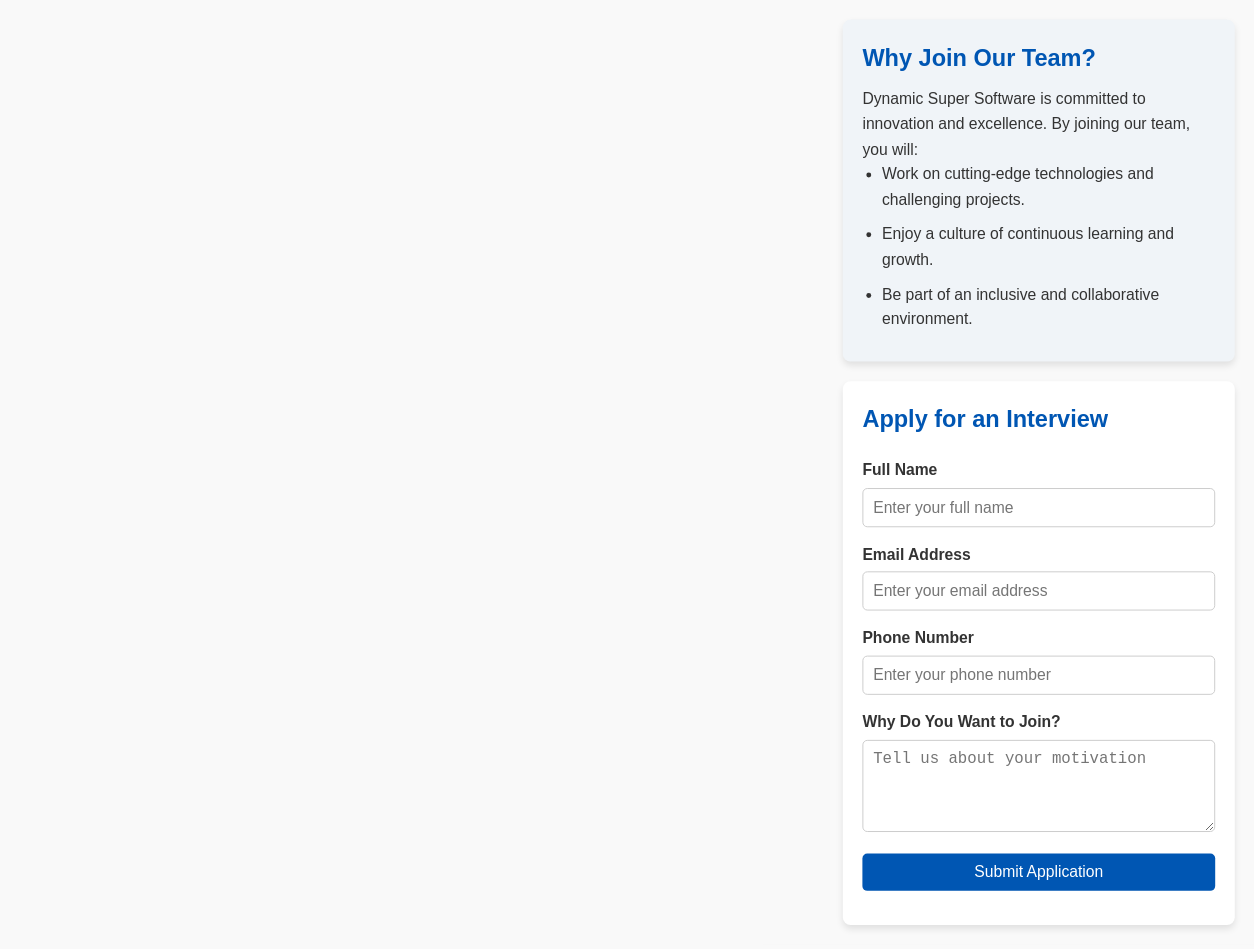
Repository: abhibkop27/CIMDR
Page: src/sample.html
The author's editor kept a copy of each file at every save. The page is drawn from the files as they stood at one save, then again after the next save.
The browser window is 1280 px wide. The pictures show the whole page, at 98% of full size.

Above is the page before, as saved 2025-01-20 15:57:14.

After the next save:
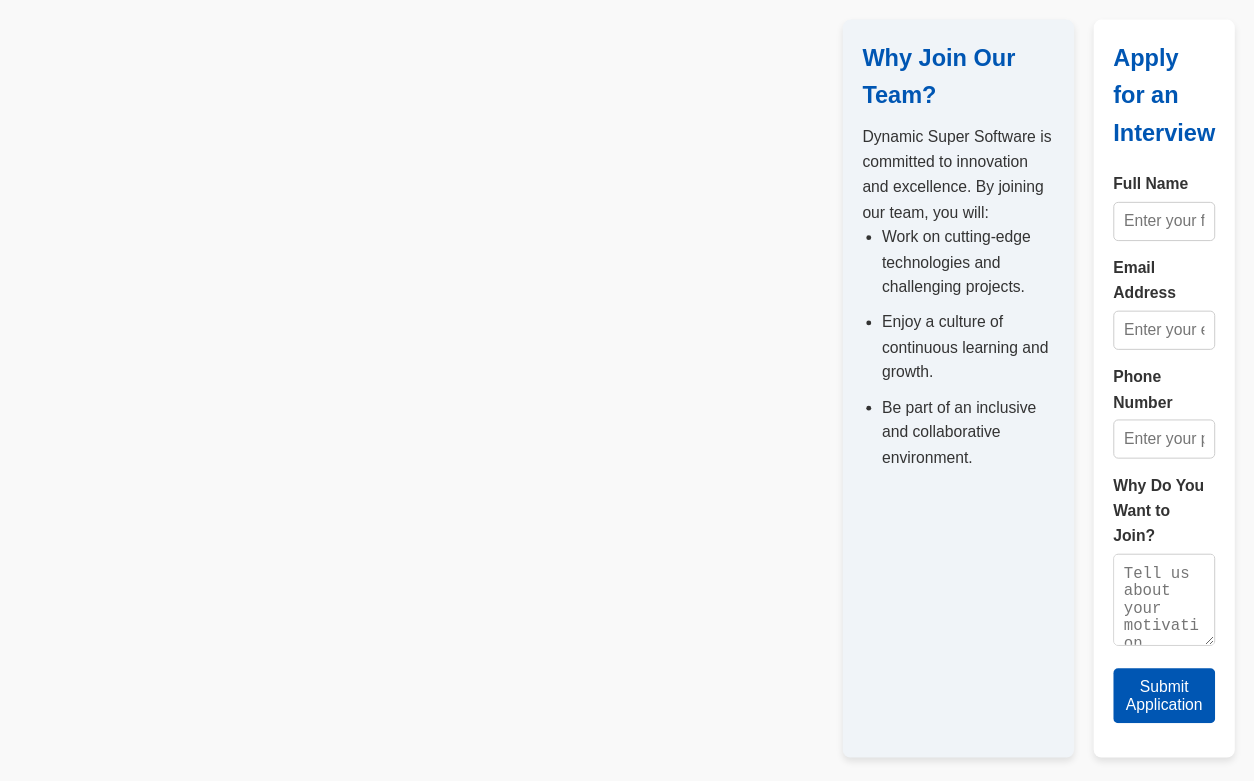
Saved 47 s later.
--- a/src/sample.html
+++ b/src/sample.html
@@ -26,7 +26,7 @@
             width: 100%;
             max-width: 400px;
             display: flex;
-            flex-direction: column;
+            justify-content: space-between;
             gap: 20px;
         }
         .info-section, .form-section {
